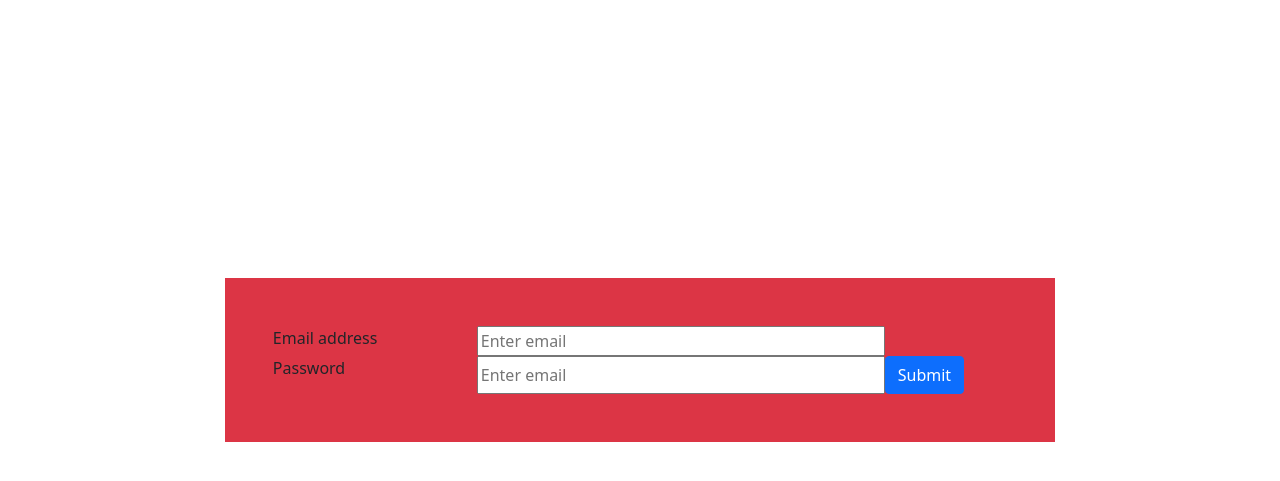
Repository: mariamkhaledsapra/E-Commerce-main
Page: /login
The author's editor kept a copy of each file at every save. The page is drawn from the files as they stood at one save, then again after the next save.
The browser window is 1280 px wide. The pictures show the whole page.
The project was rebuilt for these pictures with package versions that can differ from the ones it lists, and the page was loaded fresh each time. Also part of the build but not shown: src/App.css, src/components/Navbar.jsx, src/App.js.

Above is the page before, as saved 2024-02-13 22:04:04.

After the next save:
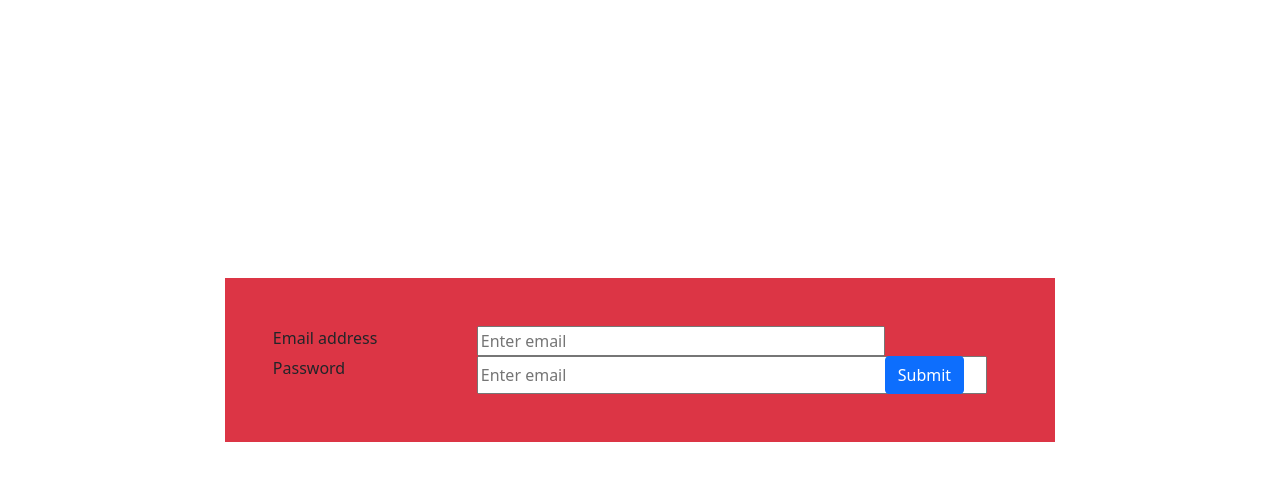
Saved 10 s later.
--- a/src/components/Login.jsx
+++ b/src/components/Login.jsx
@@ -23,7 +23,7 @@ const Login = () => {
 
           <input
             type="email"
-            class="col-8"
+            class="col-10"
             id="email"
             placeholder="Enter email"
           />
